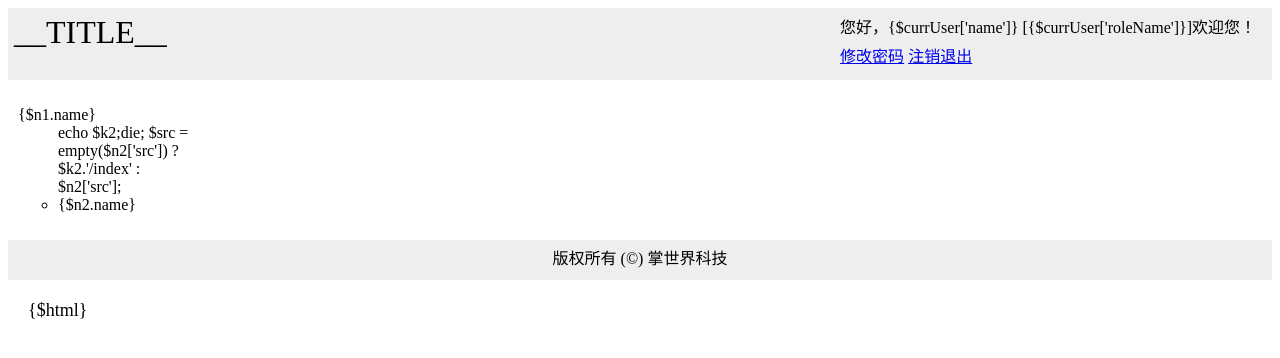
Repository: pridewu/hipi
Page: Education_dev_platform/branches/v1/Application/System/View/v1/Index/index.html
An editor plug-in stored every save of this project. The page is shown before and after the next save, followed by the edit.
The browser window is 1280 px wide. The pictures show the whole page.

Above is the page before, as saved 2014-12-03 03:13:51.
Console error: ReferenceError: $ is not defined

After the next save:
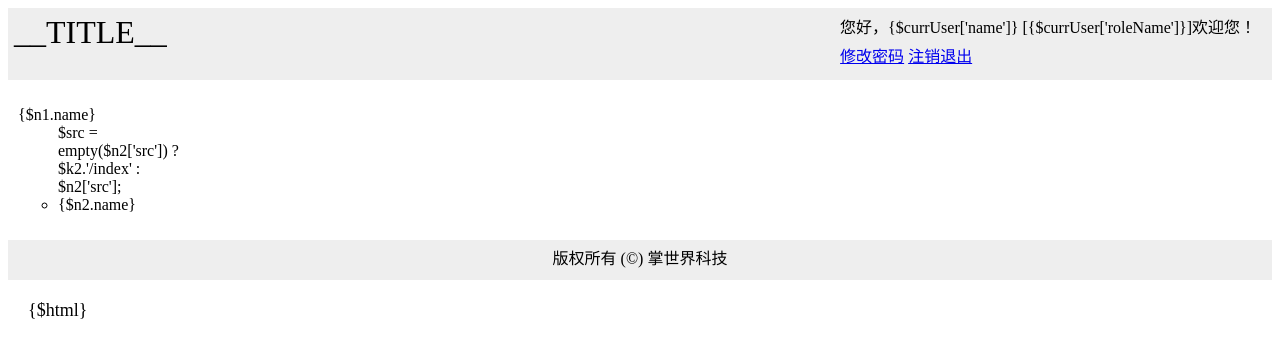
Saved 2 min 57 s later.
--- a/Education_dev_platform/branches/v1/Application/System/View/v1/Index/index.html
+++ b/Education_dev_platform/branches/v1/Application/System/View/v1/Index/index.html
@@ -19,7 +19,6 @@
 			<ul>
 			<foreach name="n1.item" item="n2" key="k2"><!-- 子菜单 -->
 				<php>
-						echo $k2;die;
 						$src = empty($n2['src']) ? $k2.'/index' : $n2['src'];
 				</php>
 				<li id="{:U($src)}">{$n2.name}</li>
